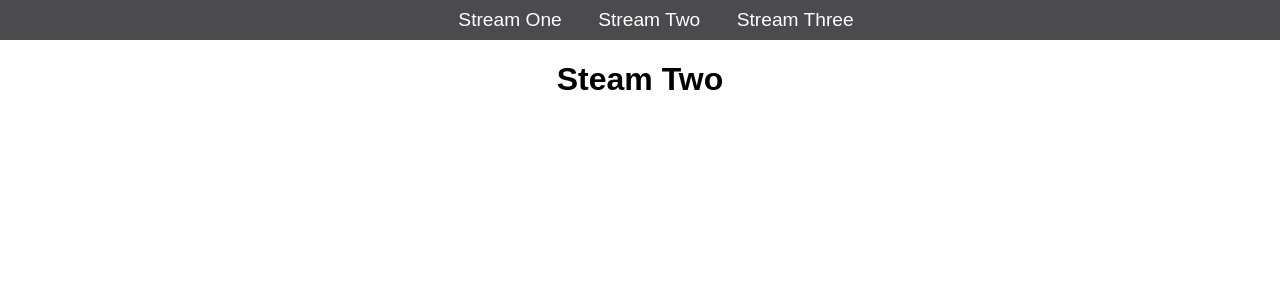
Repository: lisaannbyrne1/my-first-website
Page: stream-two.html
The author's editor kept a record of every edit. The page is drawn from the files as they stood at one moment, then again after the next edit.
The browser window is 1280 px wide. The pictures show the whole page.

Above is the page before.

### stream-two.html
<!DOCTYPE html>
<html>
    <head>
        <title>Hello World</title>
        <link rel="stylesheet" href="css/style.css" type="text/css" />
    </head>
    <body>
        <nav>
            <ul>
                <li><a href="stream-one.html">Stream One</a></li>
                <li><a href="stream-two.html">Stream Two</a></li>
                <li><a href="stream-three.html">Stream Three</a></li>
            </ul>
        </nav>
        <h1>Steam Two</h1>
       <div class="card">
            <a href="">
                <img src=""/>
                <h2></h2>
            </a>
        </div>

    </body>
</html>

### css/style.css
body{
    margin: 0;
    padding: 0;
    font-family: 'Oswald', sans-serif;
}

nav ul {
    list-style: none;
    background-color: #4a4a4f;
    text-align: center;
    margin: 0;
    padding: 0;
}

nav li {
    font-size: 1.2em;
    line-height: 40px;
    height: 40px;
    display: inline-block;
    margin-left: 2.5%;
}

nav a {
    text-decoration: none;
    color: #ffffff;
    display: block;
}

nav a:hover {
    background-color: #ffffff;
    color: #4a4a4f;
}

.card {
    float: left;
    width: 20%;
    margin-left: 10%;
}

.card a {
    text-align: center;
}

img {
    width: 100%;
}

h1{
    text-align: center;
}

After the next edit:
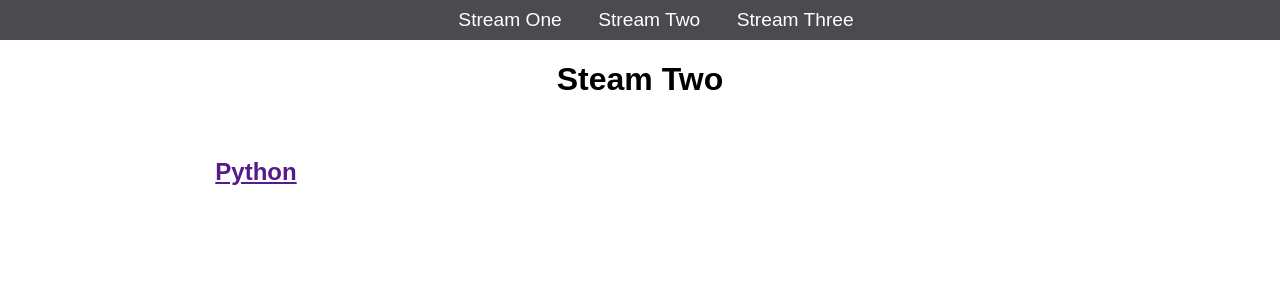
The edit:
--- a/stream-two.html
+++ b/stream-two.html
@@ -16,7 +16,7 @@
        <div class="card">
             <a href="">
                 <img src=""/>
-                <h2></h2>
+                <h2>Python</h2>
             </a>
         </div>
 
